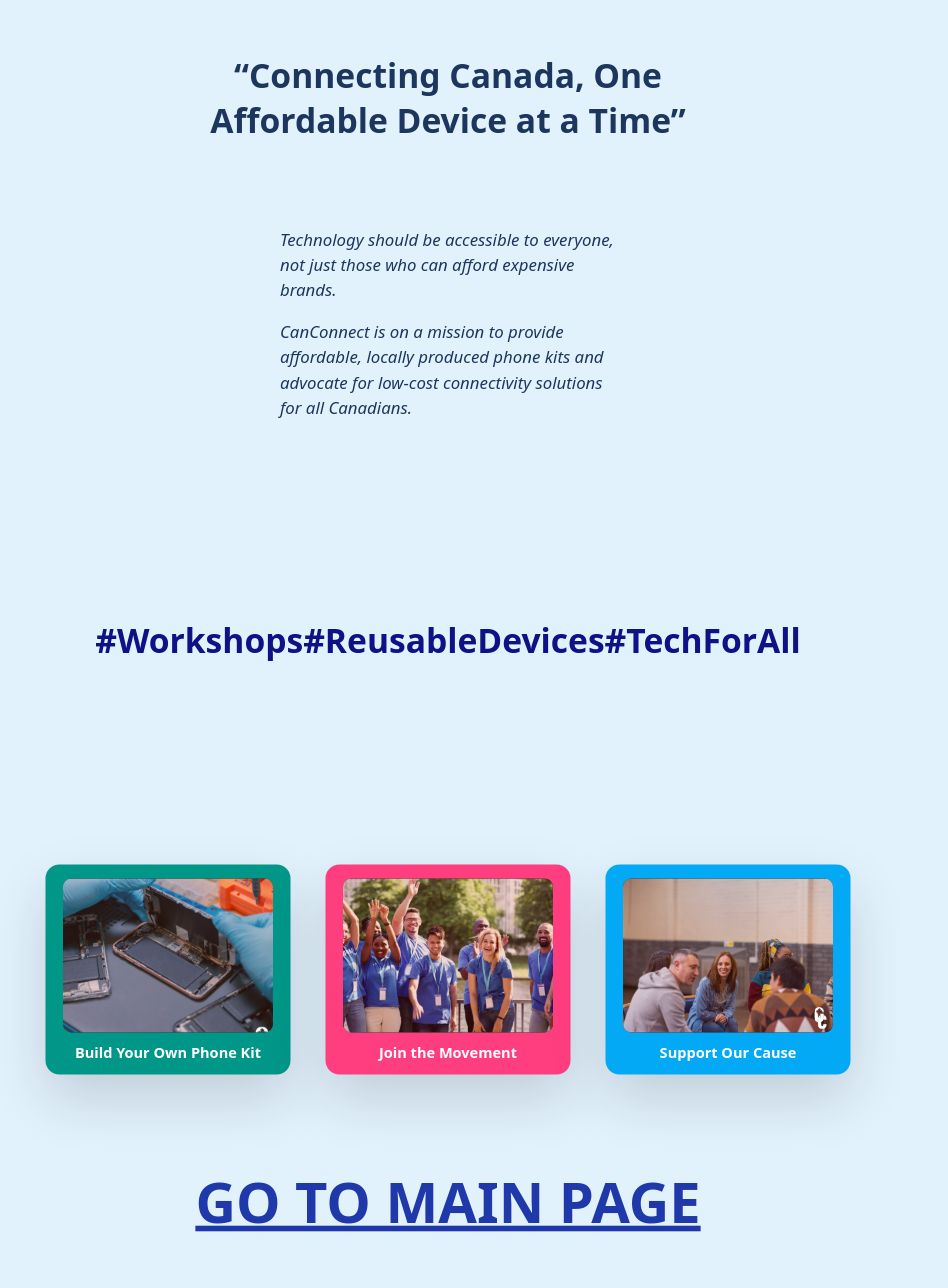
Repository: katelynyew/communityWebsite
Page: index.html
These files come from the project's save history. The page is drawn as it stood at one moment and after the next save; the edit follows.
The browser window is 1280 px wide. The page is 1354 px wide, so the pictures cover 1354 px, including what lies to the right of the window. The pictures show the part of the page from y = 2470 to 4310 px (the page is 4334 px tall), at 70% of full size.
Some web fonts or font styles are not loaded; a fallback is used. Some web libraries are served in a nearby version.

Above is the page before, as saved 2025-04-03 04:45:45.

After the next save:
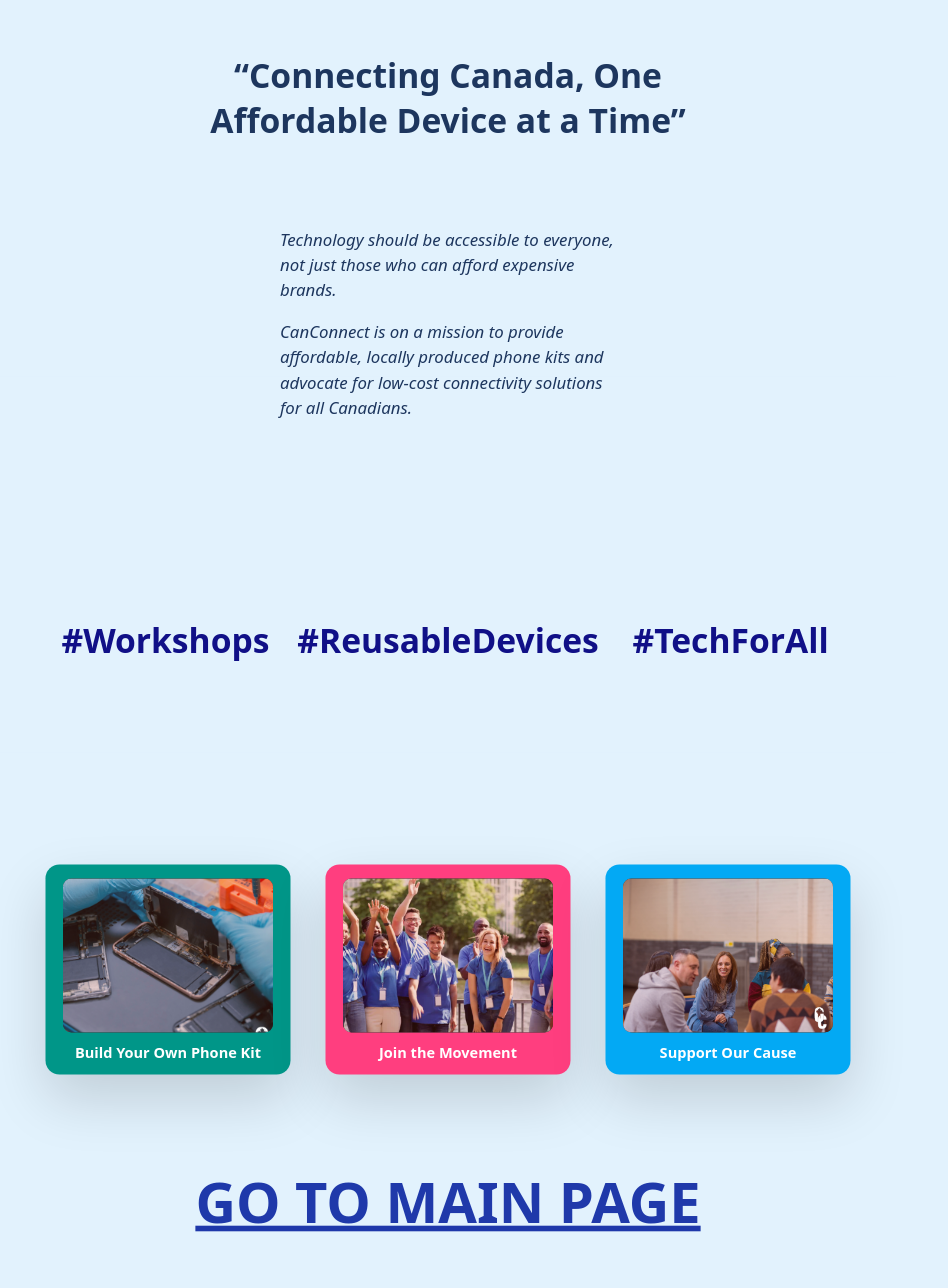
Saved 41 s later.
--- a/style.css
+++ b/style.css
@@ -221,7 +221,8 @@
     top: 70%;
     justify-content: center;
     align-items: center;
-    padding: 0rem 10rem;
+    padding: 0rem 4rem;
+    gap: 10rem 1rem;
 
 }
 
